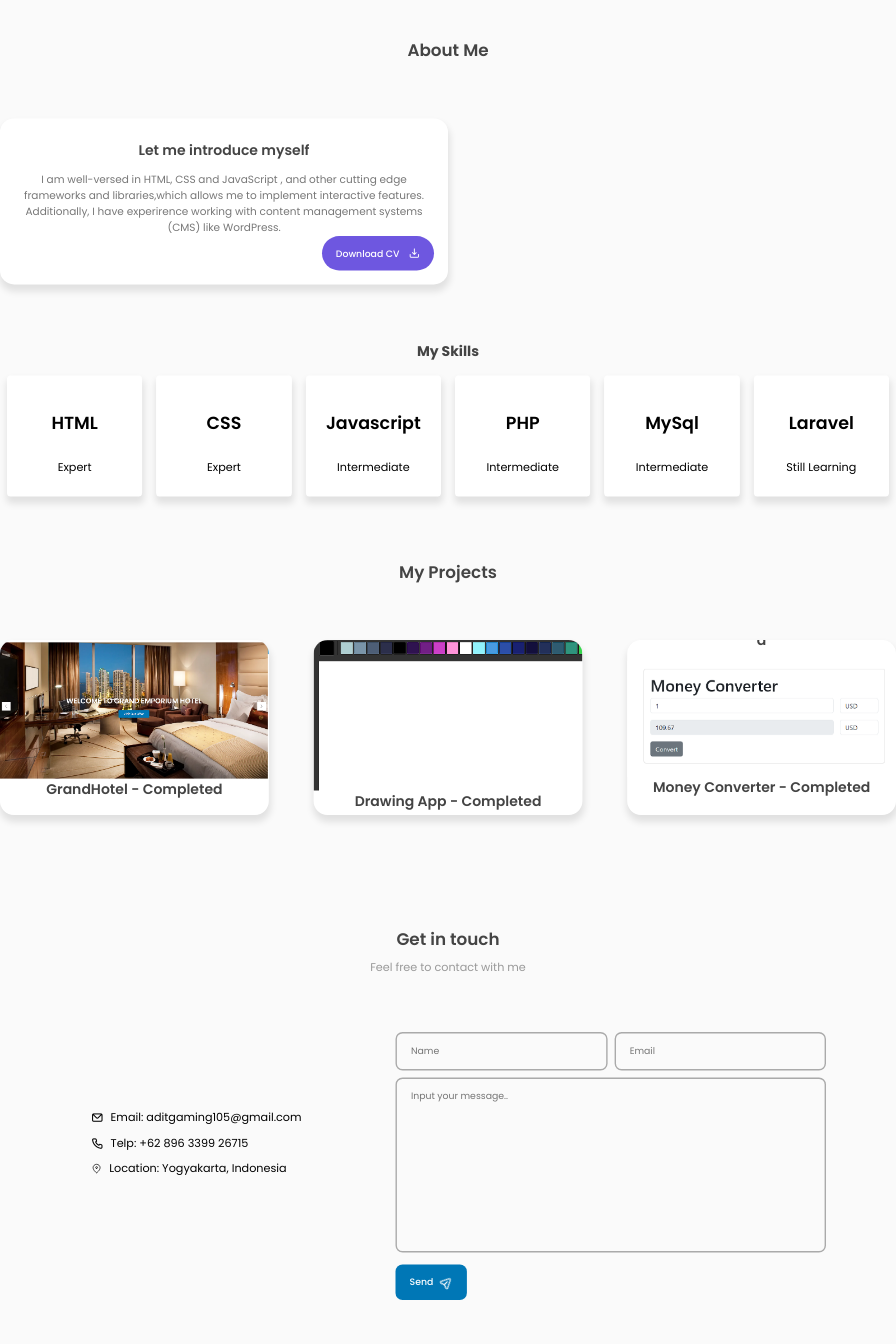
Repository: 4Kbrain/Portofolio
Page: index.html
The author's editor kept a copy of each file at every save. The page is drawn from the files as they stood at one save, then again after the next save.
The browser window is 1280 px wide. The pictures show the part of the page from y = 745 to 2665 px (the page is 3007 px tall before and 2938 px after), at 70% of full size.

Above is the page before, as saved 2024-05-15 19:08:04.
Console error: ReferenceError: ScrollReveal is not defined

### index.html
<!DOCTYPE html>
<html lang="en">

<head>
    <meta charset="UTF-8">
    <meta name="viewport" content="width=device-width, initial-scale=1.0">
    <link rel="stylesheet" href="https://unicons.iconscout.com/release/v4.0.8/css/line.css">
    <link rel="stylesheet" href="assets/css/style.css">
    <link rel="shortcut icon" href="assets/img/favicon.png" type="image/x-icon">

    <title>Portfolio | Aditya</title>
</head>

<body>

    <div class="container">
        <!-- header -->
        <nav id="header">
            <div class="nav-logo">
                <a href="#home">
                    <p class="nav-name">Aditya</p>
                    <span>.</span>
                </a>
            </div>
            <div class="nav-menu" id="myNavMenu">
                <ul class="nav_menu_list">
                    <li class="nav_list">
                        <a href="#home" class="nav-link active-link">Home</a>
                        <div class="circle"></div>
                    </li>
                    <li class="nav_list">
                        <a href="#about" class="nav-link">About</a>
                        <div class="circle"></div>
                    </li>
                    <li class="nav_list">
                        <a href="#projects" class="nav-link">Projects</a>
                        <div class="circle"></div>
                    </li>
                    <li class="nav_list">
                        <a href="#contact" class="nav-link">Contact</a>
                        <div class="circle"></div>
                    </li>
                </ul>
            </div>
            <div class="nav-button">
                <a id="downloadCVButton" href="assets/CV/Aditya%20CV.pdf" download="CV.pdf" class="btn">Download CV <i
                        class="uil uil-file-alt"></i></a>
            </div>
            <div class="nav-menu-btn">
                <i class="uil uil-bars" onclick="myMenuFunction()"></i>
            </div>
        </nav>

        <!-- -------------- MAIN ---------------- -->
        <main class="wrapper">
            <!-- -------------- FEATURED BOX ---------------- -->
            <section class="featured-box" id="home">
                <div class="featured-text">
                    <div class="featured-text-card">
                        <span>Aditya Dwi Nugroho</span>
                    </div>
                    <div class="featured-name">
                        <p>I'm <span class="typedText"></span></p>
                    </div>
                    <div class="featured-text-info">
                        <p>I'm a beginner web developer with a passion for creating fully responsive websites. I'm eager to learn and grow in both front-end and back-end development.
                        </p>
                    </div>
                    <div class="featured-text-btn">
                        <button class="btn blue-btn">Get in touch!</button>
                        <a id="downloadCVButton" href="assets/CV/Aditya%20CV.pdf" download="CV.pdf" class="btn">Download CV <i class="uil uil-file-alt"></i></a>

                    </div>
                    <div class="social_icons">
                        <div class="icon"><a href="https://www.instagram.com/allen.adityadn/" target="_blank"><i class="uil uil-instagram"></i></a></div>
                        <div class="icon"><a href="https://wa.me/0895339926715" target="_blank"><i class="uil uil-whatsapp"></i></a></div>
                        <div class="icon"><a href="https://github.com/4Kbrain" target="_blank"><i class="uil uil-github-alt"></i></a></div>

                    </div>
                </div>
                <div class="featured-image">
                    <div class="image">
                        <img src="assets/img/profile.jpeg" alt="avatar">
                    </div>
                </div>

    </div>

    </section>

    <!-- about me  -->
    <section class="section" id="about">
        <div class="top-header">
            <h1>About Me</h1>
        </div>
        <div class="row">
            <div class="col">
                <div class="about-info">
                    <h3>Let me introduce myself</h3>
                    <p>I am well-versed in HTML, CSS and JavaScript , and other cutting edge
                        frameworks and libraries,which allows me to implement interactive features.
                        Additionally, I have experirence working with content management systems (CMS) like
                        WordPress.
                    </p>
                    <div class="about-btn">
                        <a href="assets/CV/Aditya%20CV.pdf" download>
                            <button class="btn">Download CV <i class="uil uil-import"></i></button>
                          </a>

                    </div>
                </div>
            </div>
        </div>
    </section>

    <!-- Skills -->
<section class="skills" id="skills">

    <div class="skill" id="skill">
        <h1>My Skills</h1>
        <div class="content">
          <div class="flex">
            <div class="kotak" data-aos="flip-down" data-aos-delay="500">
              <div class="logo">
                <i class="fa-brands fa-html5"></i>
              </div>
              <div class="nama">HTML</div>
              <div class="ukuran">Expert</div>
            </div>
            <div class="kotak" data-aos="flip-right" data-aos-delay="500">
              <div class="logo">
                <i class="fa-brands fa-css3"></i>
              </div>
              <div class="nama">CSS</div>
              <div class="ukuran">Expert</div>
            </div>
            <div class="kotak" data-aos="flip-left" data-aos-delay="500">
              <div class="logo">
                <i class="fa-brands fa-js"></i>
              </div>
              <div class="nama">Javascript</div>
              <div class="ukuran">Intermediate</div>
            </div>
            <div class="kotak" data-aos="flip-up" data-aos-delay="500">
              <div class="logo">
                <i class="fa-brands fa-php"></i>
              </div>
              <div class="nama">PHP</div>
              <div class="ukuran">Intermediate</div>
            </div>
            <div class="kotak" data-aos="fade-up" data-aos-delay="500">
              <div class="logo">
                <i class="fa-solid fa-database"></i>
              </div>
              <div class="nama">MySql</div>
              <div class="ukuran">Intermediate</div>
            </div>
            <div class="kotak" data-aos="flip-down" data-aos-delay="500">
              <div class="logo">
                <i class="fa-brands fa-laravel"></i>
              </div>
              <div class="nama">Laravel</div>
              <div class="ukuran">Still Learning</div>
            </div>
          </div>
        </div>
      </div>

</section>




<!-- My projects  -->

    <section class="section" id="projects">
        <div class="top-header">
            <h1>My Projects</h1>
        </div>
        <div class="project-container">
            <div class="project-box">
                <a href=""></a>
                <img src="assets/img/GrandHotel.png" alt="Grand Hotel Project" class="project-image">
                <h3>GrandHotel - Completed</h3>
                <label class="clear">-</label>
            </div>
            <div class="project-box">
                <a href=""></a>
                <img src="assets/img/drawing.png" alt="Drawing App" class="project-image">
                <h3>Drawing App - Completed</h3>
                <label> - </label>
            </div>
            <div class="project-box">
                <h3 class="clear">a</h3>
                <img src="assets/img/money.png" alt="3" class="project-image">
                <h3>Money Converter - Completed</h3>
                <label> - </label>
            </div>
        </div>
    </section>



  <!-- Contact me  -->

    <section class="section" id="contact">
        <div class="top-header">
            <h1>Get in touch</h1>
            <span>Feel free to contact with me</span>
        </div>
        <div class="row">
            <div class="col">
                <div class="contact-info">
                    <p><i class="uil uil-envelope"></i> Email: aditgaming105@gmail.com</p>
                    <p><i class="uil uil-phone"></i> Telp: +62 896 3399 26715</p>
                    <p><svg xmlns="http://www.w3.org/2000/svg" width="1em" height="1em" viewBox="0 0 24 24"><g fill="none" stroke="currentColor" stroke-linecap="round" stroke-linejoin="round" stroke-width="1.5"><path d="M12.56 20.82a.964.964 0 0 1-1.12 0C6.611 17.378 1.486 10.298 6.667 5.182A7.592 7.592 0 0 1 12 3c2 0 3.919.785 5.333 2.181c5.181 5.116.056 12.196-4.773 15.64"/><path d="M12 12a2 2 0 1 0 0-4a2 2 0 0 0 0 4"/></g></svg>Location: Yogyakarta, Indonesia</p>
                </div>
            </div>
            <div class="col">
                <div class="form-control">
                    <div class="form-inputs">
                        <input type="text" class="input-field" placeholder="Name">
                        <input type="text" class="input-field" placeholder="Email">
                    </div>
                    <div class="text-area">
                        <textarea placeholder="Input your message.."></textarea>
                    </div>
                    <div class="form-button">
                        <button class="btn">Send <i class="uil uil-message"></i></button>
                    </div>
                </div>
            </div>
        </div>
    </section>

    </main>

    <!-- Footer -->
    <footer>
        <div class="top-footer">
            <p>Aditya. Portfolio</p>
        </div>
        <div class="middle-footer">
            <ul class="footer-menu">
                <li class="footer_menu_list">
                    <a href="#home">Home</a>
                </li>
                <li class="footer_menu_list">
                    <a href="#about">About</a>
                </li>
                <li class="footer_menu_list">
                    <a href="#projects">Projects</a>
                </li>
                <li class="footer_menu_list">
                    <a href="#contact">Contact</a>
                </li>
            </ul>
        </div>
        <div class="footer-social-icons">
            <div class="icon"><a href="https://www.instagram.com/allen.adityadn/"><i class="uil uil-instagram"></i></a></div>
            <div class="icon"><a href="https://wa.me/0895339926715"><i class="uil uil-whatsapp"></i></a></div>
            <div class="icon"><a href="https://github.com/4Kbrain"><i class="uil uil-github-alt"></i></a></div>
        </div>
        <div class="bottom-footer">
            <p>Copyright &copy; <a href="https://www.instagram.com/allen.adityadn/" target="_blank" style="text-decoration: none;">@allen.adityadn</a> - All rights reserved</p>
        </div>
    </footer>

    </div>

    <script src="https://unpkg.com/typed.js@2.0.16/dist/typed.umd.js"></script>
    <script src="assets/js/script.js"></script>
</body>

</html>

Loaded but not shown: assets/js/script.js (146 lines, source omitted); assets/css/style.css (747 lines, source omitted)

After the next save:
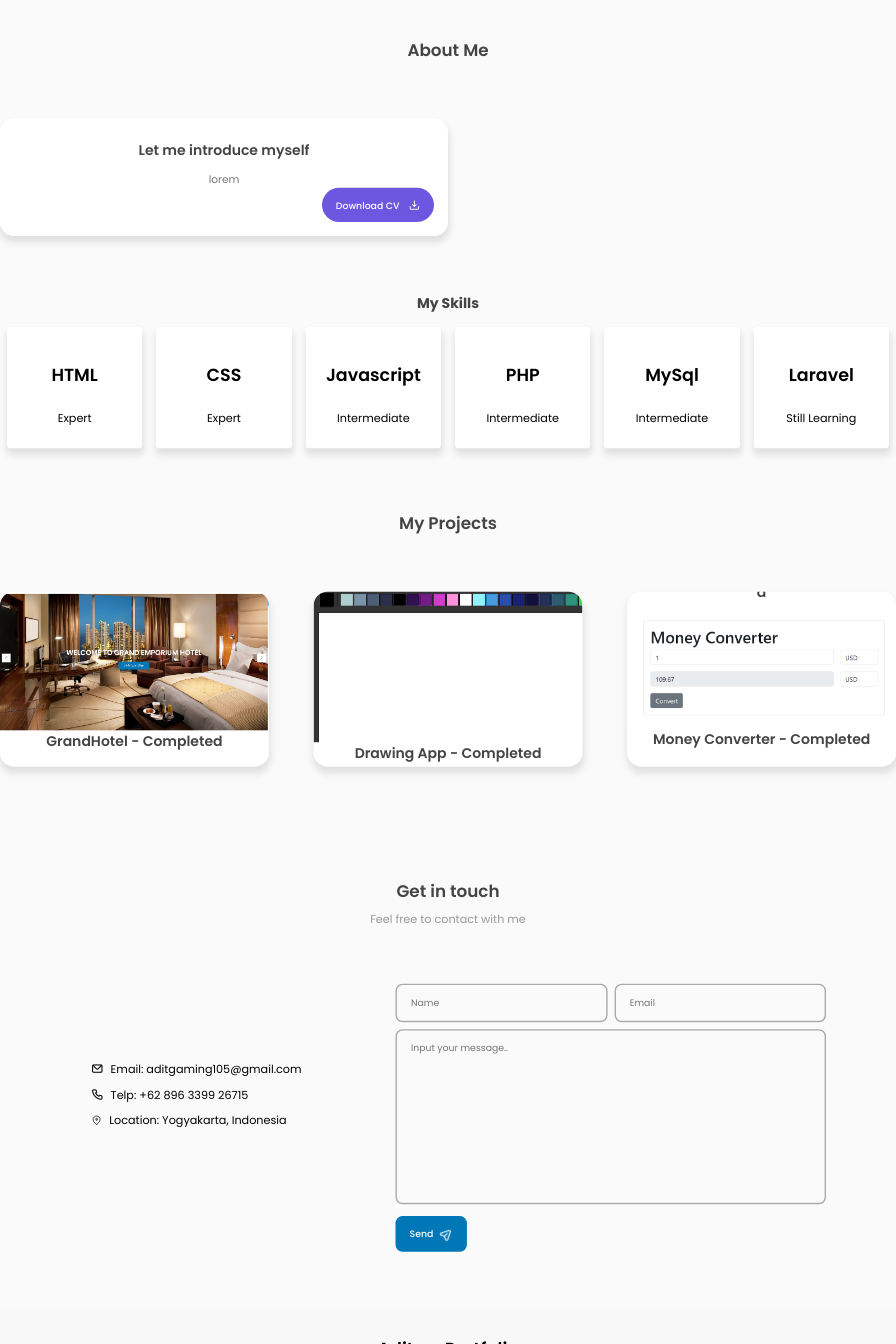
Saved 3 min 48 s later.
--- a/index.html
+++ b/index.html
@@ -97,10 +97,7 @@
             <div class="col">
                 <div class="about-info">
                     <h3>Let me introduce myself</h3>
-                    <p>I am well-versed in HTML, CSS and JavaScript , and other cutting edge
-                        frameworks and libraries,which allows me to implement interactive features.
-                        Additionally, I have experirence working with content management systems (CMS) like
-                        WordPress.
+                    <p>lorem
                     </p>
                     <div class="about-btn">
                         <a href="assets/CV/Aditya%20CV.pdf" download>
